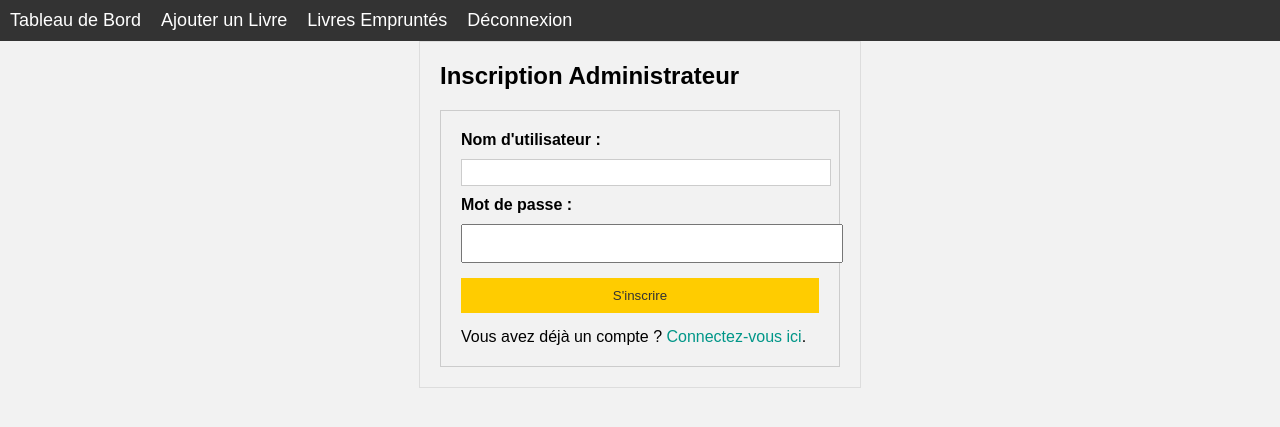
Repository: Eurin-lumen/space
Page: http://localhost/admin/admin_register.php
These files come from the project's save history. The page is drawn as it stood at one moment and after the next save; the edit follows.
The browser window is 1280 px wide. The pictures show the whole page.
The page is run by PHP 8.4 with error messages shown; the project is at /var/www/html/.

Above is the page before, as saved 2023-07-23 03:24:35.

After the next save:
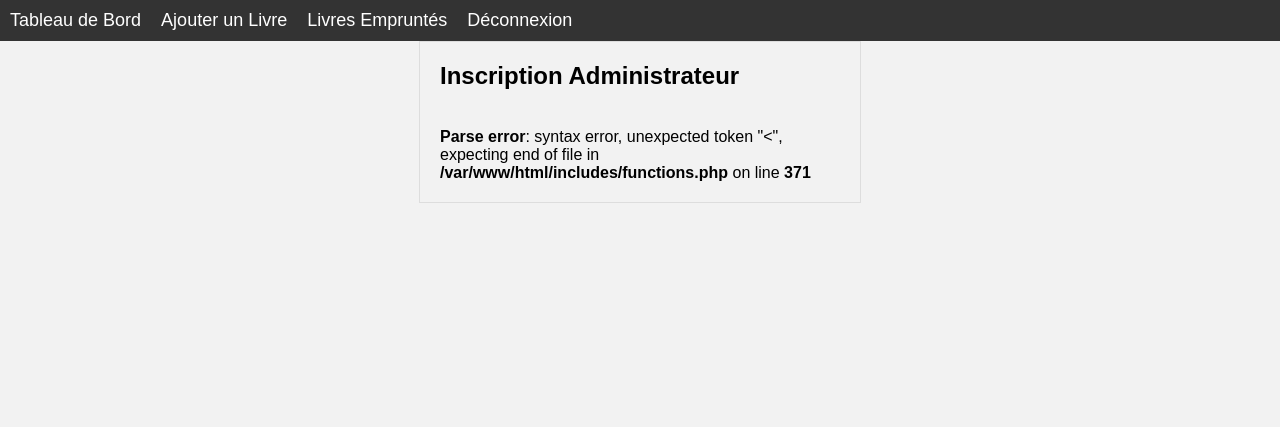
Saved 3 min 21 s later.
--- a/includes/functions.php
+++ b/includes/functions.php
@@ -367,3 +367,45 @@ function getAdminByUsername($username) {
 
     return ['id' => $id, 'username' => $username, 'password' => $hashedPassword];
 }
+
+<?php
+// Fonction pour enregistrer un nouvel administrateur
+function registerAdmin($username, $password) {
+    global $conn;
+
+    // Vérifier si l'administrateur existe déjà dans la base de données
+    $query = "SELECT id FROM admins WHERE username = ?";
+    $stmt = mysqli_prepare($conn, $query);
+
+    if (!$stmt) {
+        return false; // Une erreur s'est produite lors de la préparation de la requête
+    }
+
+    mysqli_stmt_bind_param($stmt, "s", $username);
+    mysqli_stmt_execute($stmt);
+    mysqli_stmt_store_result($stmt);
+
+    if (mysqli_stmt_num_rows($stmt) > 0) {
+        return false; // L'administrateur existe déjà
+    }
+
+    // Hasher le mot de passe avant de l'enregistrer dans la base de données
+    $hashed_password = password_hash($password, PASSWORD_DEFAULT);
+
+    // Insérer le nouvel administrateur dans la base de données
+    $query = "INSERT INTO admins (username, password) VALUES (?, ?)";
+    $stmt = mysqli_prepare($conn, $query);
+
+    if (!$stmt) {
+        return false; // Une erreur s'est produite lors de la préparation de la requête
+    }
+
+    mysqli_stmt_bind_param($stmt, "ss", $username, $hashed_password);
+
+    if (mysqli_stmt_execute($stmt)) {
+        return true; // L'administrateur a été enregistré avec succès
+    } else {
+        return false; // Une erreur s'est produite lors de l'enregistrement de l'administrateur
+    }
+}
+?>

After the save that followed:
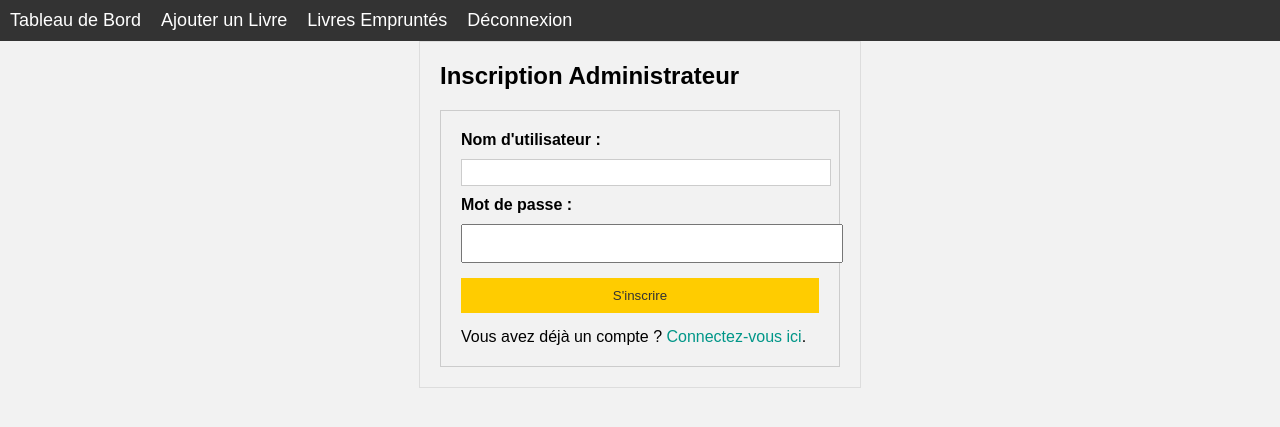
Saved 38 s later.
--- a/includes/functions.php
+++ b/includes/functions.php
@@ -368,7 +368,6 @@ function getAdminByUsername($username) {
     return ['id' => $id, 'username' => $username, 'password' => $hashedPassword];
 }
 
-<?php
 // Fonction pour enregistrer un nouvel administrateur
 function registerAdmin($username, $password) {
     global $conn;
